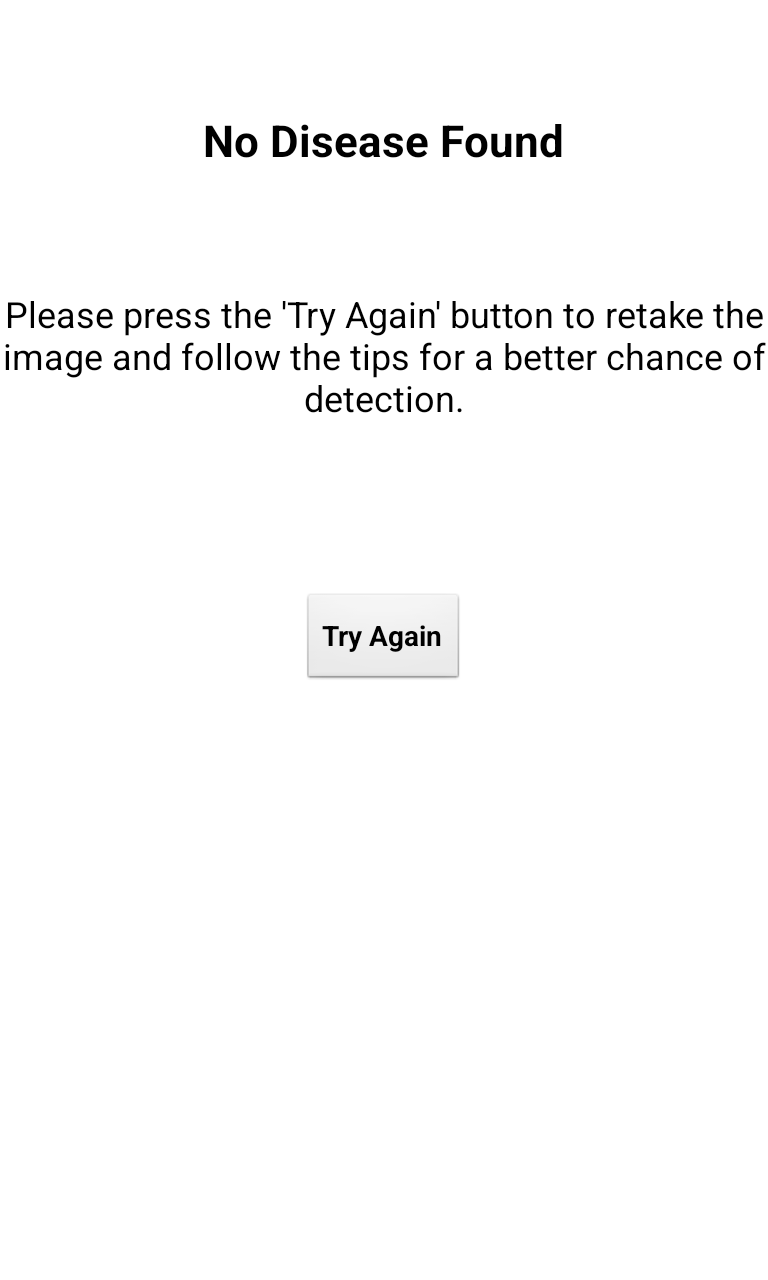
Repository: cephas-digital/phytosenseit
Layout: Eclipse Project /phyto_sense_it/res/layout/noresults.xml
These files come from the project's save history. The layout is drawn as it stood at one moment and after the next save; the edit follows.
It is drawn on a 768 x 1280 px phone screen (xhdpi) without system bars, with theme android:Theme.NoTitleBar.Fullscreen; the app's code is not run.

Above is the layout before, as saved 2015-07-27 23:33:02.

### Eclipse Project /phyto_sense_it/res/layout/noresults.xml
<?xml version="1.0" encoding="utf-8"?>
<RelativeLayout xmlns:android="http://schemas.android.com/apk/res/android"
    android:layout_width="match_parent"
    android:layout_height="match_parent"
    android:layout_weight="1"
    android:background="#FFFFFF"
    android:orientation="vertical" >

    <TextView
        android:id="@+id/header"
        android:layout_width="wrap_content"
        android:layout_height="wrap_content"
        android:layout_alignParentTop="true"
        android:layout_centerHorizontal="true"
        android:layout_marginTop="55dp"
        android:text="No Disease Found"
        android:textAppearance="?android:attr/textAppearanceLarge"
        android:textColor="#000000"
        android:textStyle="bold" />

    <TextView
        android:id="@+id/body"
        android:layout_width="wrap_content"
        android:layout_height="wrap_content"
        android:layout_alignParentLeft="true"
        android:layout_below="@+id/header"
        android:layout_marginTop="60dp"
        android:gravity="center"
        android:text="Please press the &apos;Try Again&apos; button to retake the image and follow the tips for a better chance of detection."
        android:textAppearance="?android:attr/textAppearanceMedium"
        android:textColor="#000000" />

    <Button
        android:id="@+id/button"
        android:layout_width="wrap_content"
        android:layout_height="wrap_content"
        android:layout_centerHorizontal="true"
        android:layout_centerVertical="true"
        android:text="Try Again"
        android:textStyle="bold" />

</RelativeLayout>

After the next save:
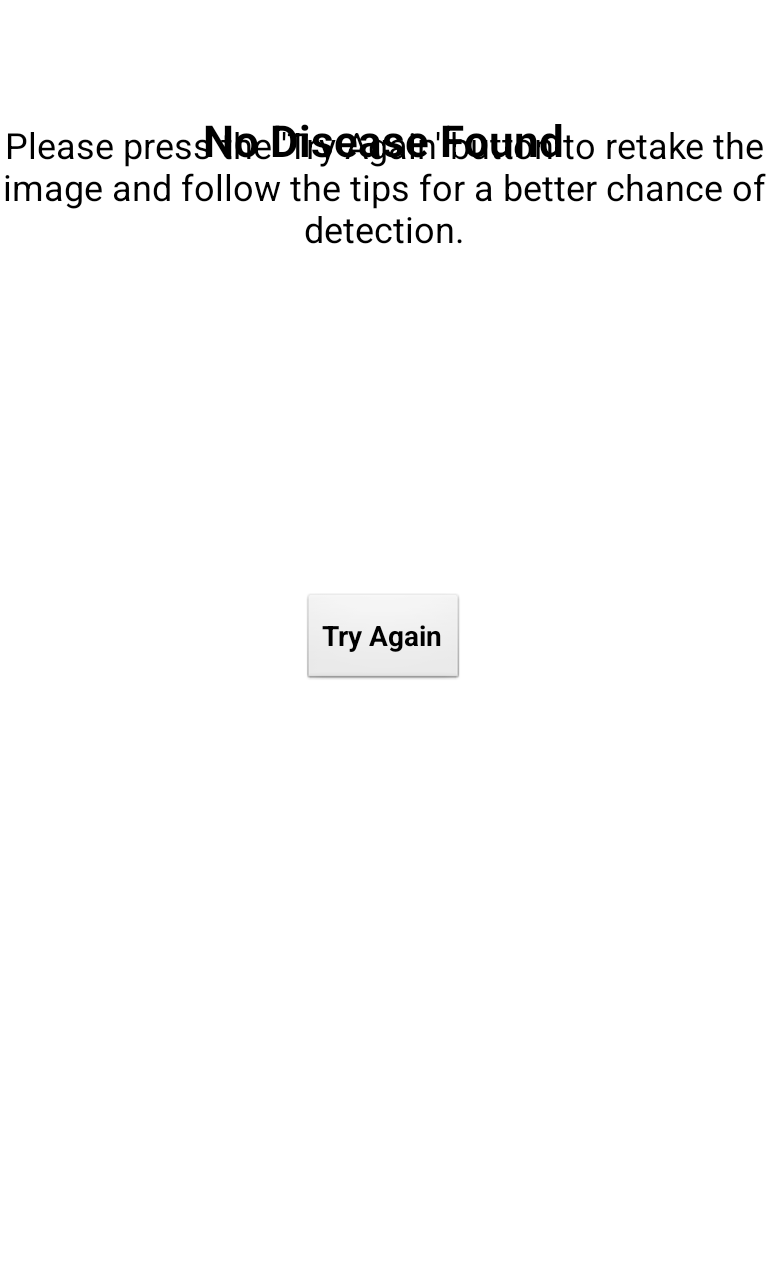
Saved 2 min 53 s later.
--- a/Eclipse Project /phyto_sense_it/res/layout/noresults.xml
+++ b/Eclipse Project /phyto_sense_it/res/layout/noresults.xml
@@ -22,8 +22,6 @@
         android:id="@+id/body"
         android:layout_width="wrap_content"
         android:layout_height="wrap_content"
-        android:layout_alignParentLeft="true"
-        android:layout_below="@+id/header"
         android:layout_marginTop="60dp"
         android:gravity="center"
         android:text="Please press the &apos;Try Again&apos; button to retake the image and follow the tips for a better chance of detection."
